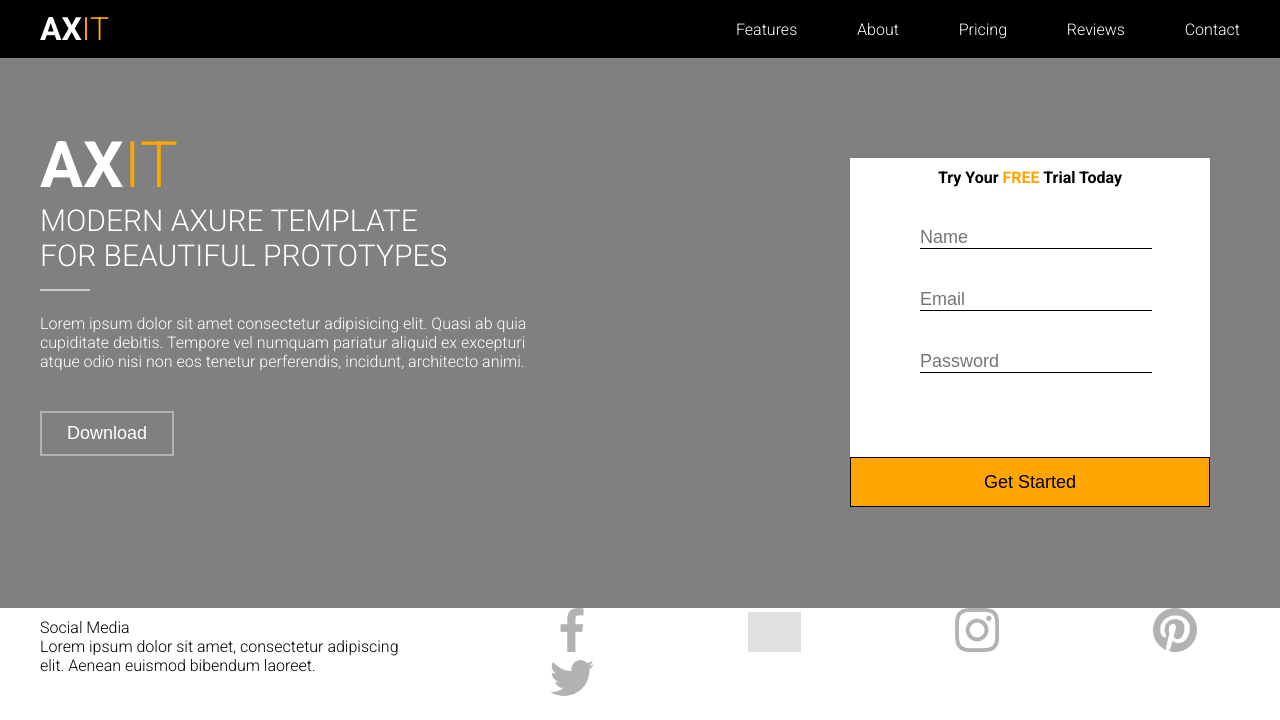
Repository: AsadKasimov/axit
Page: in.html
The author's editor kept a copy of each file at every save. The page is drawn from the files as they stood at one save, then again after the next save.
The browser window is 1280 px wide. The pictures show the whole page.
Pictures or frames that could not be fetched are drawn as grey boxes.

Above is the page before, as saved 2023-04-14 23:25:12.

After the next save:
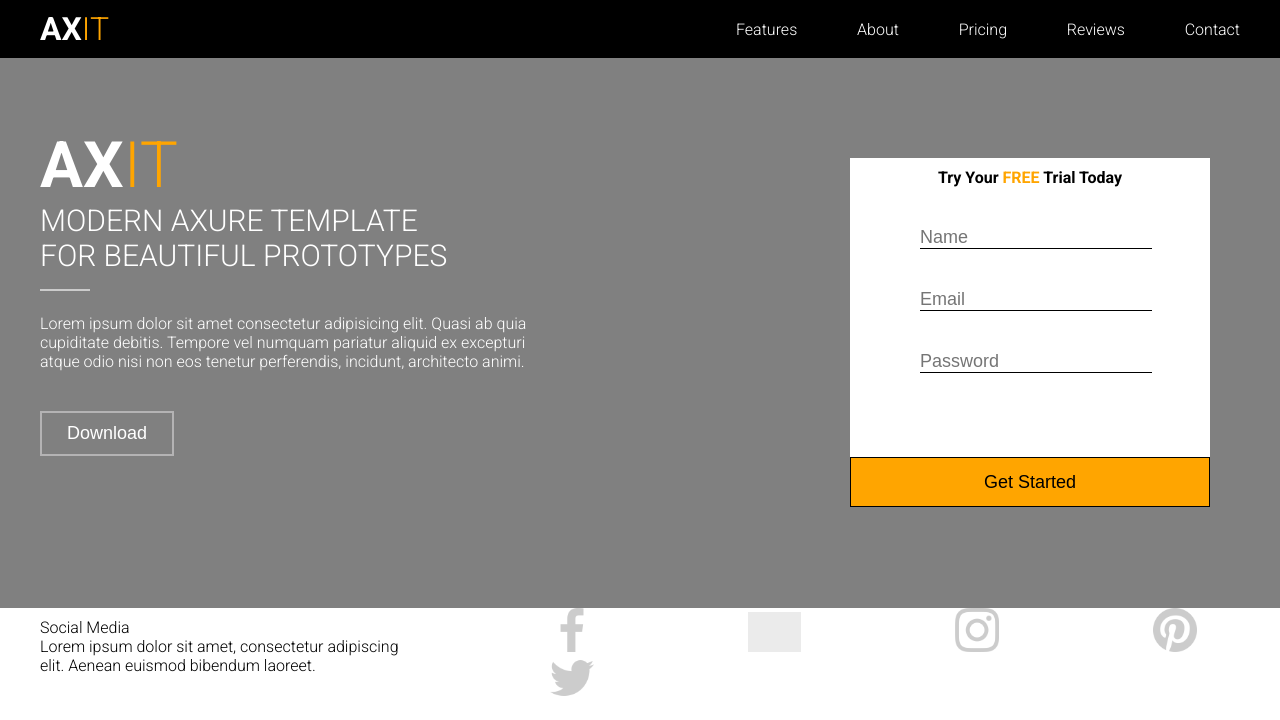
Saved 33 s later.
--- a/style.css
+++ b/style.css
@@ -178,6 +178,6 @@ hr {
 .soc-ac>a{
     margin-left: 150px;
     margin-right: 0px;
-    opacity: .3;
+    opacity: .2;
 
 }
